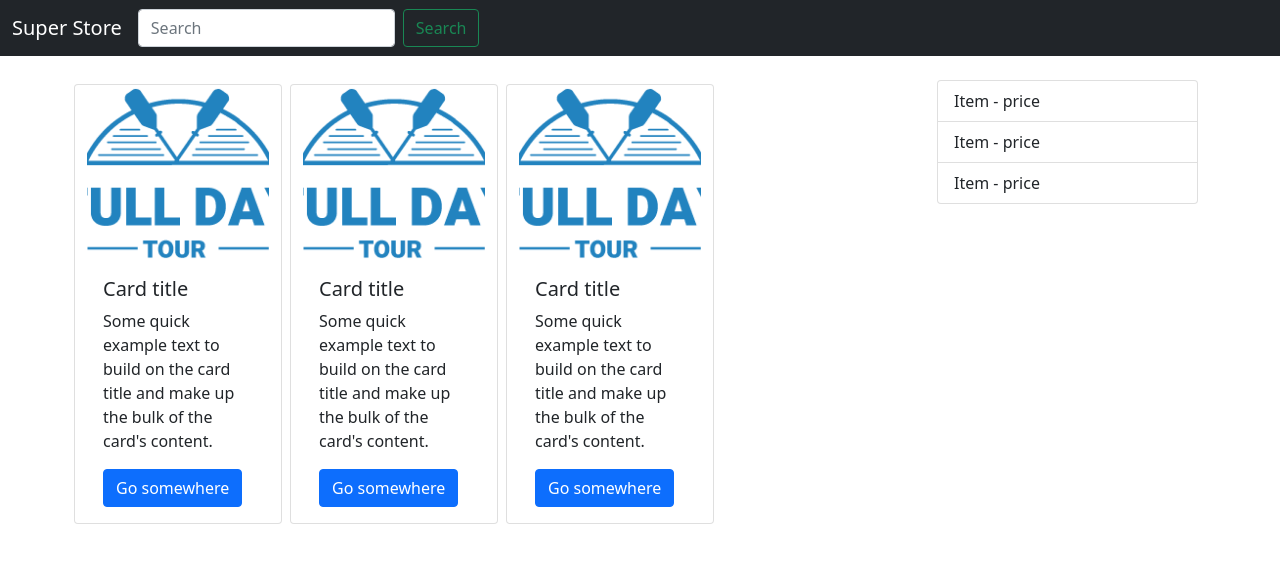
Repository: rockeycse/superstore
Page: /
The author's editor kept a copy of each file at every save. The page is drawn from the files as they stood at one save, then again after the next save.
The browser window is 1280 px wide. The pictures show the whole page.
The project was rebuilt for these pictures with package versions that can differ from the ones it lists, and the page was loaded fresh each time.

Above is the page before, as saved 2021-06-07 17:50:45.

After the next save:
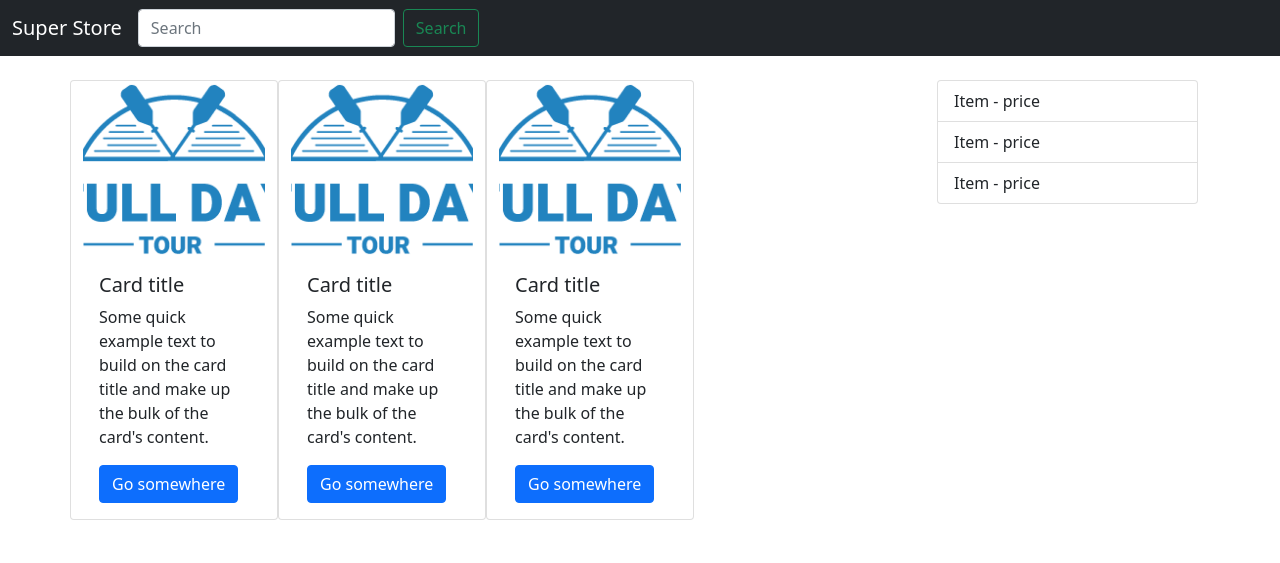
Saved 4 s later.
--- a/src/components/Inventory.vue
+++ b/src/components/Inventory.vue
@@ -1,6 +1,6 @@
 <template lang="">
  <div class="row">
-            <div class="card m-1" style="width: 13rem">
+            <div class="card m-0" style="width: 13rem">
               <img src="../assets/test.png" class="card-img-top" alt="sorry" />
               <div class="card-body">
                 <h5 class="card-title">Card title</h5>
@@ -11,7 +11,7 @@
                 <a href="#" class="btn btn-primary">Go somewhere</a>
               </div>
             </div>
-            <div class="card m-1" style="width: 13rem">
+            <div class="card m-0" style="width: 13rem">
               <img src="../assets/test.png" class="card-img-top" alt="sorry" />
               <div class="card-body">
                 <h5 class="card-title">Card title</h5>
@@ -22,7 +22,7 @@
                 <a href="#" class="btn btn-primary">Go somewhere</a>
               </div>
             </div>
-            <div class="card m-1" style="width: 13rem">
+            <div class="card m-0" style="width: 13rem">
               <img src="../assets/test.png" class="card-img-top" alt="sorry" />
               <div class="card-body">
                 <h5 class="card-title">Card title</h5>

After the save that followed:
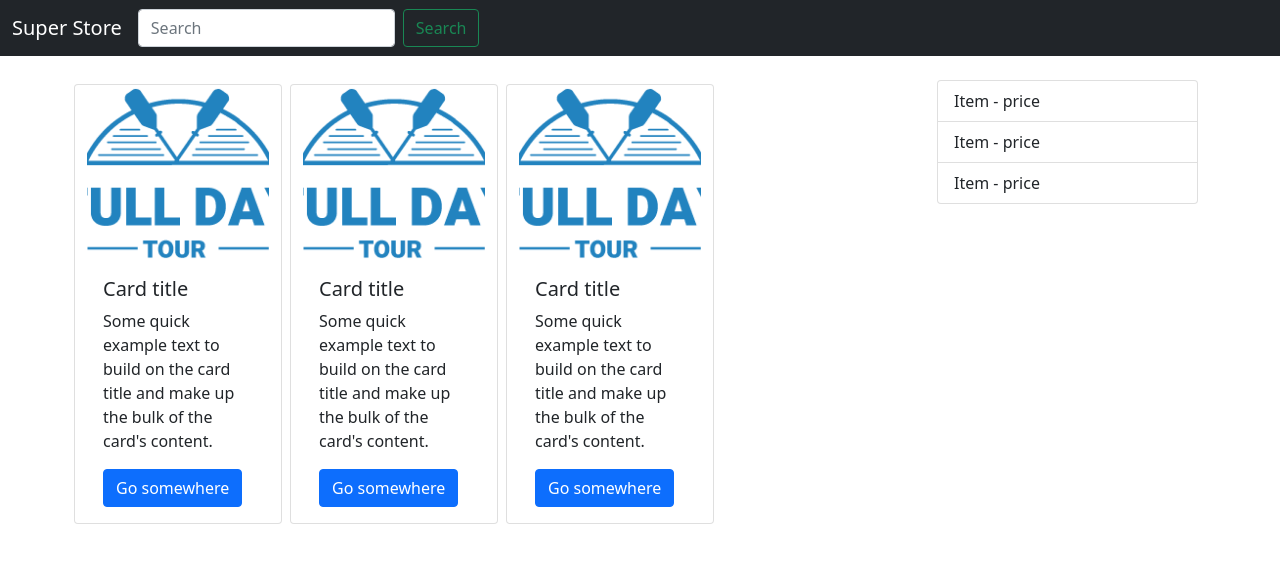
Saved 4 s later.
--- a/src/components/Inventory.vue
+++ b/src/components/Inventory.vue
@@ -1,6 +1,6 @@
 <template lang="">
  <div class="row">
-            <div class="card m-0" style="width: 13rem">
+            <div class="card m-1" style="width: 13rem">
               <img src="../assets/test.png" class="card-img-top" alt="sorry" />
               <div class="card-body">
                 <h5 class="card-title">Card title</h5>
@@ -11,7 +11,7 @@
                 <a href="#" class="btn btn-primary">Go somewhere</a>
               </div>
             </div>
-            <div class="card m-0" style="width: 13rem">
+            <div class="card m-1" style="width: 13rem">
               <img src="../assets/test.png" class="card-img-top" alt="sorry" />
               <div class="card-body">
                 <h5 class="card-title">Card title</h5>
@@ -22,7 +22,7 @@
                 <a href="#" class="btn btn-primary">Go somewhere</a>
               </div>
             </div>
-            <div class="card m-0" style="width: 13rem">
+            <div class="card m-1" style="width: 13rem">
               <img src="../assets/test.png" class="card-img-top" alt="sorry" />
               <div class="card-body">
                 <h5 class="card-title">Card title</h5>
